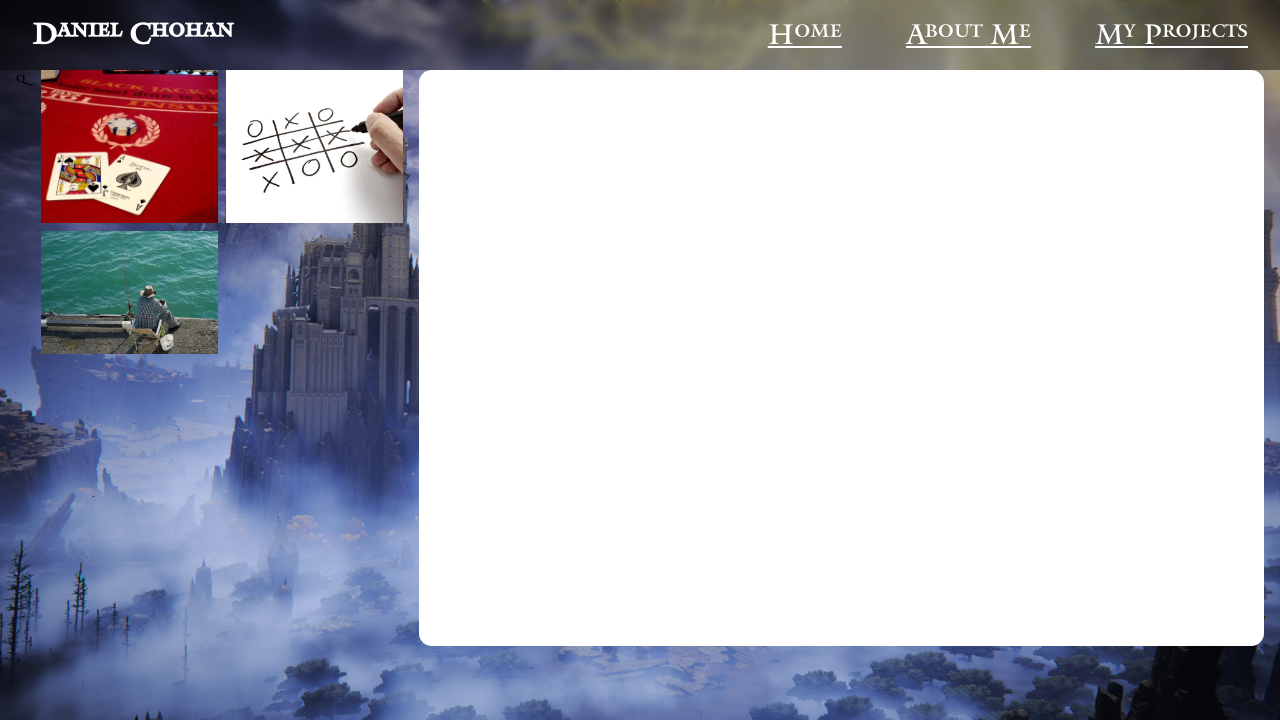
Repository: danielchohan/danielchohan
Page: pages/projects.html
The author's editor kept a copy of each file at every save. The page is drawn from the files as they stood at one save, then again after the next save.
The browser window is 1280 px wide. The pictures show the whole page.

Above is the page before, as saved 2026-05-08 18:17:14.

After the next save:
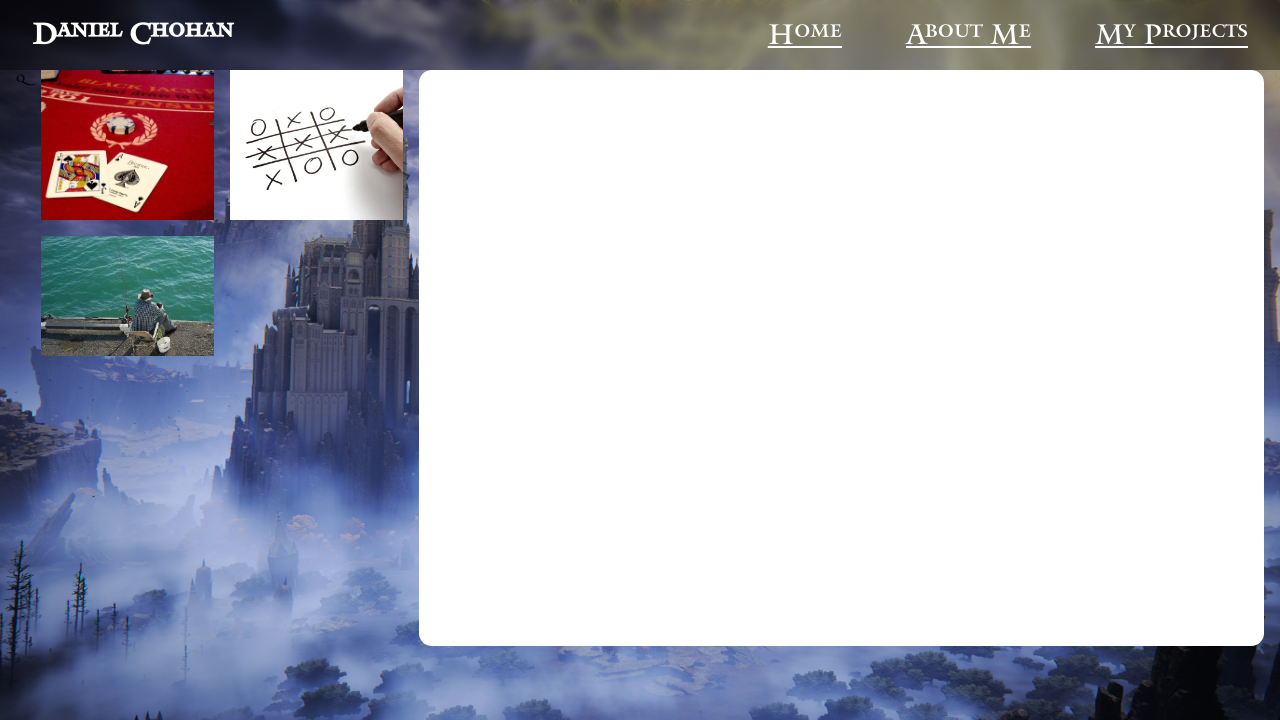
Saved 2 min 40 s later.
--- a/styles/projects.css
+++ b/styles/projects.css
@@ -7,7 +7,7 @@
 .sidebar{
   display:grid;
   grid-template-columns: 1fr 1fr;
-  gap:0.5rem;
+  gap:1rem;
 }
 .sidebar img{
   width:100%;
@@ -39,6 +39,7 @@
   }
   .sidebar{
     width:35%;
+    grid-template-columns: 1fr 1fr;
   }
   .mainview{
     width:65%;
